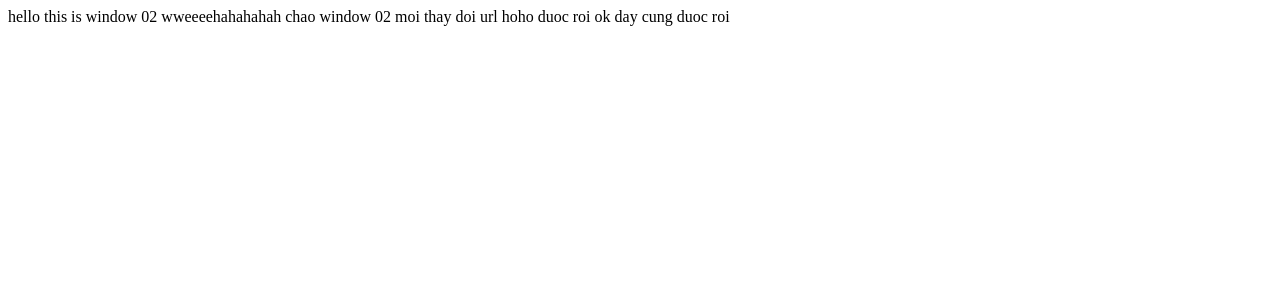
Repository: quanzero1992/eclipse_lap
Page: git/WebContent/index.html
These files come from the project's save history. The page is drawn as it stood at one moment and after the next save; the edit follows.
The browser window is 1280 px wide. The pictures show the whole page.

Above is the page before, as saved 2014-05-05 09:23:48.

After the next save:
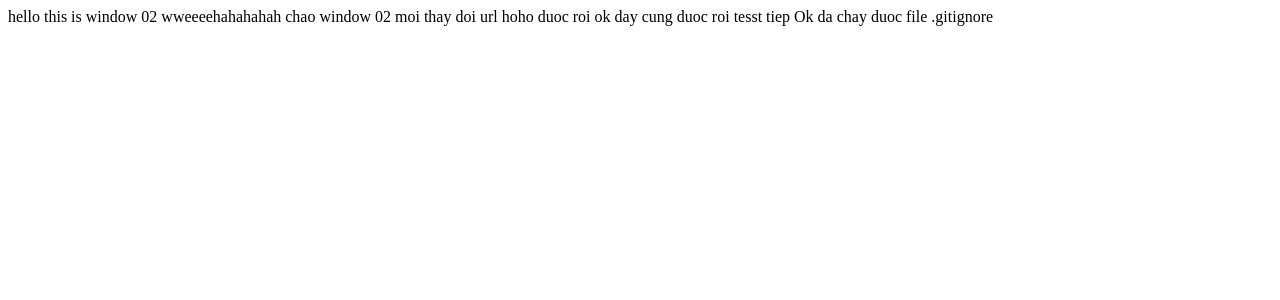
Saved 22 min 39 s later.
--- a/git/WebContent/index.html
+++ b/git/WebContent/index.html
@@ -13,5 +13,7 @@ chao window 02
 moi thay doi url
 hoho duoc roi
 ok day cung duoc roi
+tesst tiep
+Ok da chay duoc file .gitignore
 </body>
 </html>
